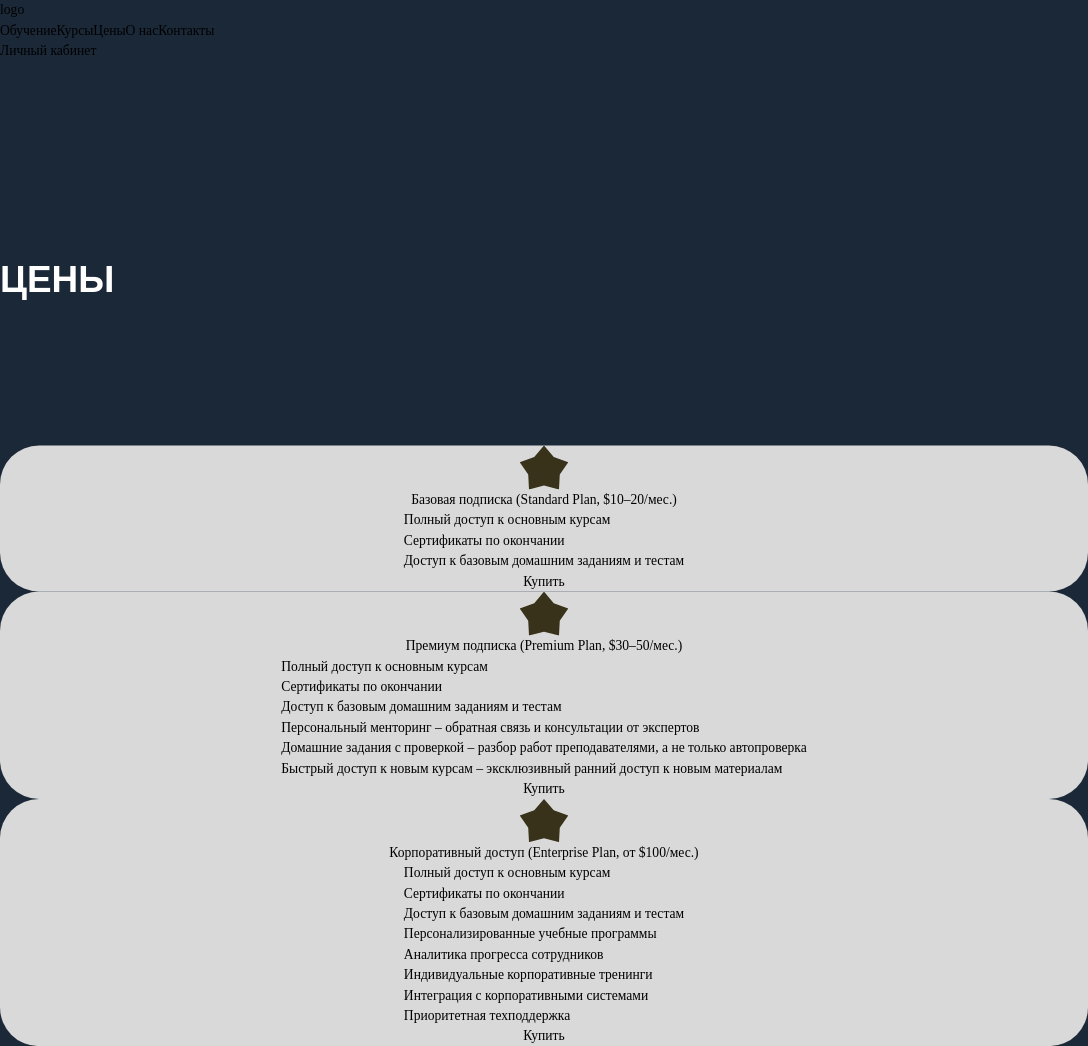
Repository: marjango/course
Page: /pricepage
An editor plug-in stored every save of this project. The page is shown before and after the next save, followed by the edit.
The browser window is 1280 px wide. The pictures show the whole page, at 85% of full size.
The project was rebuilt for these pictures with package versions that can differ from the ones it lists, and the page was loaded fresh each time. The framework's server and built-in components were replaced by stand-ins that run in the browser. Also part of the build but not shown: next.config.ts.

Above is the page before, as saved 2025-03-26 20:54:30.

After the next save:
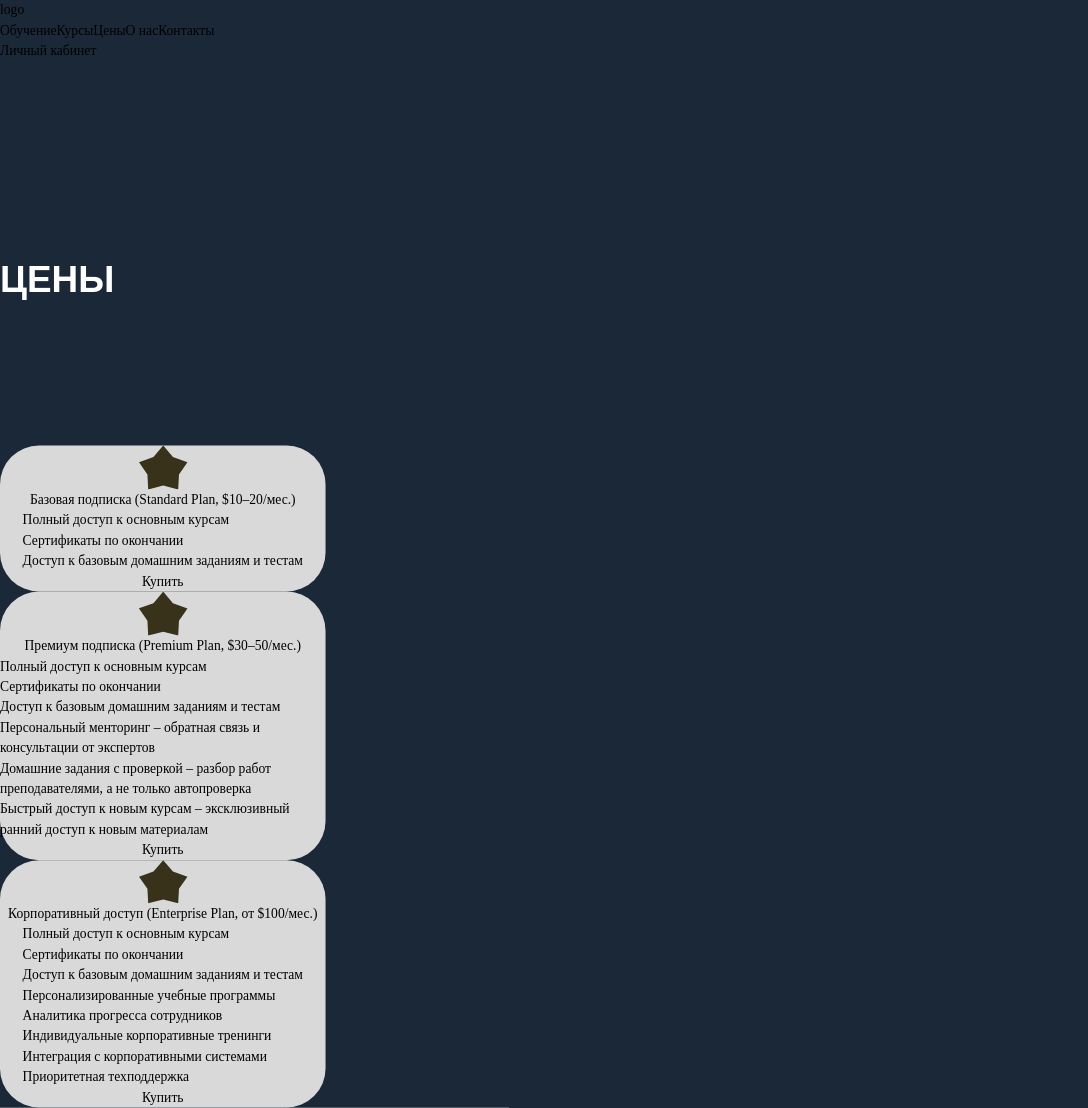
Saved 20 s later.
--- a/app/pricepage/price.module.css
+++ b/app/pricepage/price.module.css
@@ -15,4 +15,5 @@
     display: flex;
     flex-direction: column;
     align-items: center;
+    max-width: 383px;
 }
